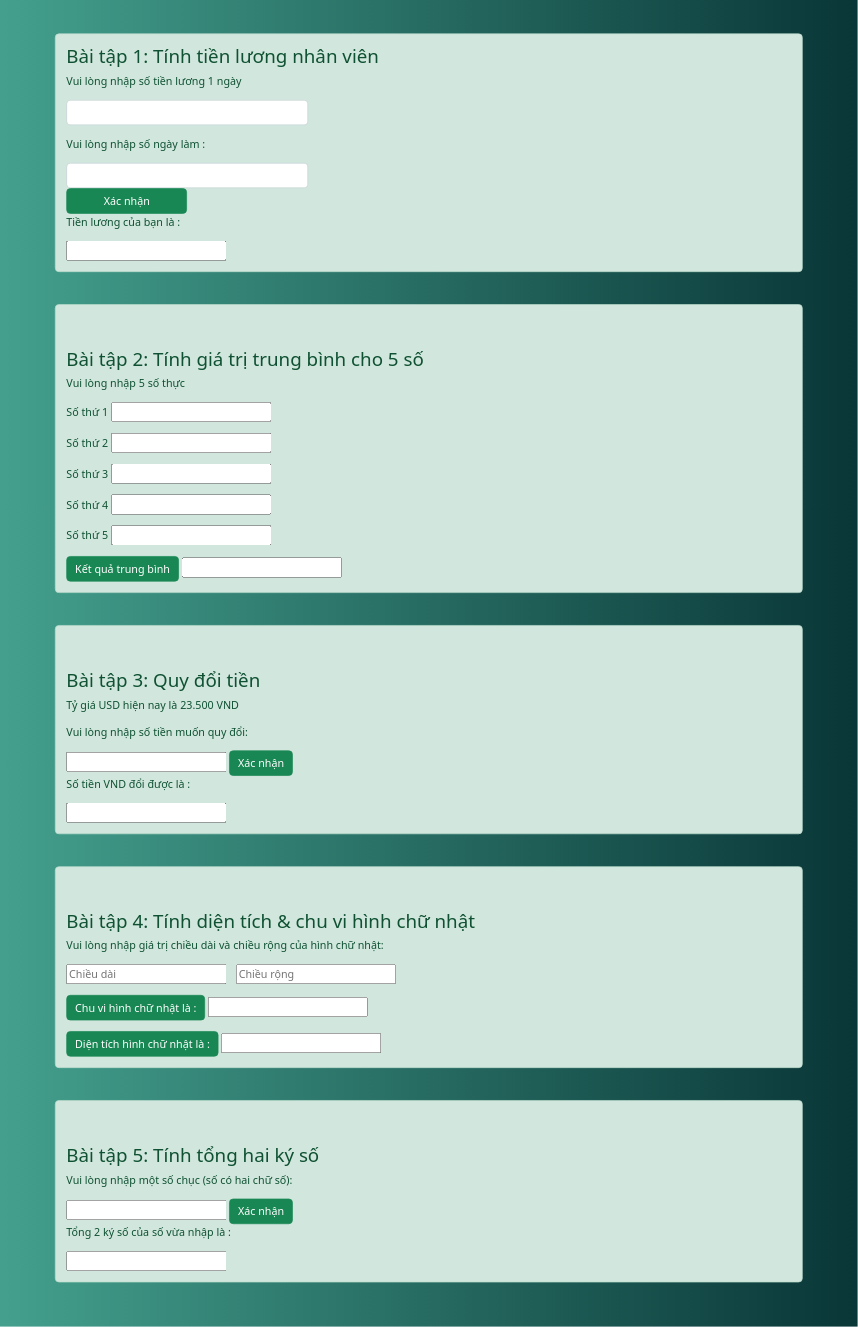
Repository: hcozyph/TranHuuPhuoc_BC43_BT_JS_Buoi2
Page: index.html
The author's editor kept a copy of each file at every save. The page is drawn from the files as they stood at one save, then again after the next save.
The browser window is 1280 px wide. The pictures show the whole page, at 67% of full size.

Above is the page before, as saved 2023-02-03 20:39:56.

### index.html
<!DOCTYPE html>
<html lang="en">
    <head>
        <title>BT JS - Buoi 1</title>
        <!-- Required meta tags -->
        <meta charset="utf-8" />
        <meta
            name="viewport"
            content="width=device-width, initial-scale=1, shrink-to-fit=no"
        />

        <!-- font-family -->
        <link
            href="//fonts.googleapis.com/css2?family=Pacifico&amp;display=swap"
            rel="stylesheet"
        />
        <link
            href="//fonts.googleapis.com/css2?family=Quicksand:wght@300;400;500;600;700&amp;display=swap"
            rel="stylesheet"
        />

        <!-- Bootstrap CSS v5.2.1 -->
        <link
            href="https://cdn.jsdelivr.net/npm/bootstrap@5.2.1/dist/css/bootstrap.min.css"
            rel="stylesheet"
            integrity="sha384-iYQeCzEYFbKjA/T2uDLTpkwGzCiq6soy8tYaI1GyVh/UjpbCx/TYkiZhlZB6+fzT"
            crossorigin="anonymous"
        />

        <!-- FontAwesome 6.2.0 CSS -->
        <link
            rel="stylesheet"
            href="https://cdnjs.cloudflare.com/ajax/libs/font-awesome/6.2.0/css/all.min.css"
            integrity="sha512-xh6O/CkQoPOWDdYTDqeRdPCVd1SpvCA9XXcUnZS2FmJNp1coAFzvtCN9BmamE+4aHK8yyUHUSCcJHgXloTyT2A=="
            crossorigin="anonymous"
            referrerpolicy="no-referrer"
        />

        <!-- index.css -->
        <link rel="stylesheet" href="./style/index.css" />
    </head>

    <body>
        <div class="btvn">
            <!-- BT1 -->
            <div class="container">
                <!-- BT-1 -->
                <div class="BT1 alert alert-success">
                    <h1 class="fs-3">Bài tập 1: Tính tiền lương nhân viên</h1>

                    <div class="col-4">
                        <p>Vui lòng nhập số tiền lương 1 ngày</p>

                        <input
                            type="text"
                            id="luongMotNgay"
                            class="form-control"
                        />
                    </div>

                    <div class="col-4 mt-3">
                        <p>Vui lòng nhập số ngày làm :</p>

                        <input
                            type="number"
                            id="soNgayLam"
                            class="form-control"
                        />
                    </div>

                    <div class="col-4">
                        <button
                            class="btn btn-success col-6"
                            id="btnXacNhan"
                            onclick="inputSoNgayLam()"
                        >
                            Xác nhận
                        </button>
                    </div>

                    <p>Tiền lương của bạn là :</p>
                    <input type="text" id="result" />
                </div>

                <!-- BT2 -->
                <div class="BT2 alert alert-success mt-5">
                    <h1 class="fs-3 mt-5">
                        Bài tập 2: Tính giá trị trung bình cho 5 số
                    </h1>
                    <p>Vui lòng nhập 5 số thực</p>

                    <p>Số thứ 1 <input type="number" id="n1" /></p>
                    <p>Số thứ 2 <input type="number" id="n2" /></p>
                    <p>Số thứ 3 <input type="number" id="n3" /></p>
                    <p>Số thứ 4 <input type="number" id="n4" /></p>
                    <p>Số thứ 5 <input type="number" id="n5" /></p>

                    <button
                        class="btn btn-success"
                        id="btnAverage"
                        onclick="average()"
                    >
                        Kết quả trung bình
                    </button>
                    <input type="text" id="average" />
                </div>

                <!-- BT3 -->
                <div class="BT3 alert alert-success mt-5">
                    <h1 class="fs-3 mt-5">Bài tập 3: Quy đổi tiền</h1>
                    <p>Tỷ giá USD hiện nay là 23.500 VND</p>
                    <p>Vui lòng nhập số tiền muốn quy đổi:</p>

                    <input type="number" id="inputUsd" />
                    <button
                        class="btn btn-success"
                        id="btnTradeMoney"
                        onclick="tradeMoney ()"
                    >
                        Xác nhận
                    </button>

                    <p>Số tiền VND đổi được là :</p>
                    <input type="text" id="tradeMoney" />
                </div>

                <!-- BT4 -->
                <div class="BT4 alert alert-success mt-5">
                    <h1 class="fs-3 mt-5">
                        Bài tập 4: Tính diện tích & chu vi hình chữ nhật
                    </h1>
                    <p>
                        Vui lòng nhập giá trị chiều dài và chiều rộng của hình
                        chữ nhật:
                    </p>

                    <input type="number" id="length" placeholder="Chiều dài" />
                    <input
                        style="margin-left: 10px"
                        type="number"
                        id="width"
                        placeholder="Chiều rộng"
                    />

                    <div class="chuVi mt-3">
                        <button class="btn btn-success" onclick="chuVi()">
                            Chu vi hình chữ nhật là :
                        </button>
                        <input type="number" id="chuVi" />
                    </div>

                    <div class="dienTich mt-3">
                        <button class="btn btn-success" onclick="dienTich()">
                            Diện tích hình chữ nhật là :
                        </button>
                        <input type="number" id="dienTich" />
                    </div>
                </div>

                <!-- BT5 -->
                <div class="BT5 alert alert-success mt-5">
                    <h1 class="fs-3 mt-5">Bài tập 5: Tính tổng hai ký số</h1>
                    <p>Vui lòng nhập một số chục (số có hai chữ số):</p>
                    <input type="number" id="inputSoChuc" />
                    <button class="btn btn-success" onclick="tong2KySo()">
                        Xác nhận
                    </button>
                    <p>Tổng 2 ký số của số vừa nhập là :</p>
                    <input type="number" id="tong2KySo" />
                </div>
            </div>
        </div>

        <!-- Bootstrap JavaScript Libraries -->
        <script
            src="https://cdn.jsdelivr.net/npm/@popperjs/core@2.11.6/dist/umd/popper.min.js"
            integrity="sha384-oBqDVmMz9ATKxIep9tiCxS/Z9fNfEXiDAYTujMAeBAsjFuCZSmKbSSUnQlmh/jp3"
            crossorigin="anonymous"
        ></script>

        <script
            src="https://cdn.jsdelivr.net/npm/bootstrap@5.2.1/dist/js/bootstrap.min.js"
            integrity="sha384-7VPbUDkoPSGFnVtYi0QogXtr74QeVeeIs99Qfg5YCF+TidwNdjvaKZX19NZ/e6oz"
            crossorigin="anonymous"
        ></script>

        <!-- js customize -->
        <script src="./index.js"></script>
    </body>
</html>

### style/index.css
.btvn {
    background: linear-gradient(to right, rgb(68, 160, 141), rgb(9, 54, 55));
    background-repeat: no-repeat;
    background-size: cover;
    margin: 0 auto;
    padding: 50px;
}

### index.js
//BT1: Tính tiền lương nhân viên
function inputSoNgayLam () {
    //input:
    var soNgayLam = document.getElementById('soNgayLam').value;
    const luongMotNgay = 100000;

    //output:
    var result = 0;

    //progress
    var result = parseInt(soNgayLam) * parseInt(luongMotNgay);

    document.getElementById('result').value = result.toLocaleString() + ' VND';
}

//BT2: Tính trung bình cộng 5 số
function average () {
    //input:
    var n1 = document.getElementById('n1').value;
    var n2 = document.getElementById('n2').value;
    var n3 = document.getElementById('n3').value;
    var n4 = document.getElementById('n4').value;
    var n5 = document.getElementById('n5').value;
    //output:
    var average = 0;
    const soLuongInput = 5;

    //progress
    var sum = parseFloat(n1) + parseFloat(n2) + parseFloat(n3) + parseFloat(n4) + parseFloat(n5);

    var average =  sum / parseFloat(soLuongInput) ;

    document.getElementById('average').value = average;
}

//BT3: Quy đổi tiền
function tradeMoney () {
    //input
    var inputUsd = document.getElementById('inputUsd').value;
    const tyGia = 23500;

    //output
    var tradeMoney = 0;

    //progress
    var tradeMoney = parseInt(inputUsd) * parseInt(tyGia);
    document.getElementById('tradeMoney').value = tradeMoney.toLocaleString() + ' VND';
}

//BT4: Tính chu vi & diện tích hình chữ nhật
function chuVi () {
    // input
    var length = document.getElementById('length').value;
    var width = document.getElementById('width').value;

    //output
    var chuVi = ( parseInt(length) + parseInt(width) ) * 2;

    //progress
    document.getElementById('chuVi').value = chuVi.toLocaleString();
}


function dienTich () {
    // input
    var length = document.getElementById('length').value;
    var width = document.getElementById('width').value;

    //output
    var dienTich = parseInt(length) * parseInt(width) ;

    //progress
    document.getElementById('dienTich').value = dienTich.toLocaleString();
}


//BT5: Tính tổng hai ký số
function tong2KySo () {
    //input
    var inputSoChuc = document.getElementById('inputSoChuc').value;
    var hangChuc = 0;
    var hangDonVi = 0;

    //output
    var tong2KySo = 0;

    //progress
    var hangChuc = Math.floor(Number(inputSoChuc)/10)
    var hangDonVi = Math.floor(Number(inputSoChuc)%10)
    var tong2KySo = parseInt(hangChuc) + parseInt(hangDonVi);

    document.getElementById('tong2KySo').value = tong2KySo;
}
/*
Link vercel:
https://tran-huu-phuoc-bc-43-bt-js-buoi1.vercel.app/
*/

After the next save:
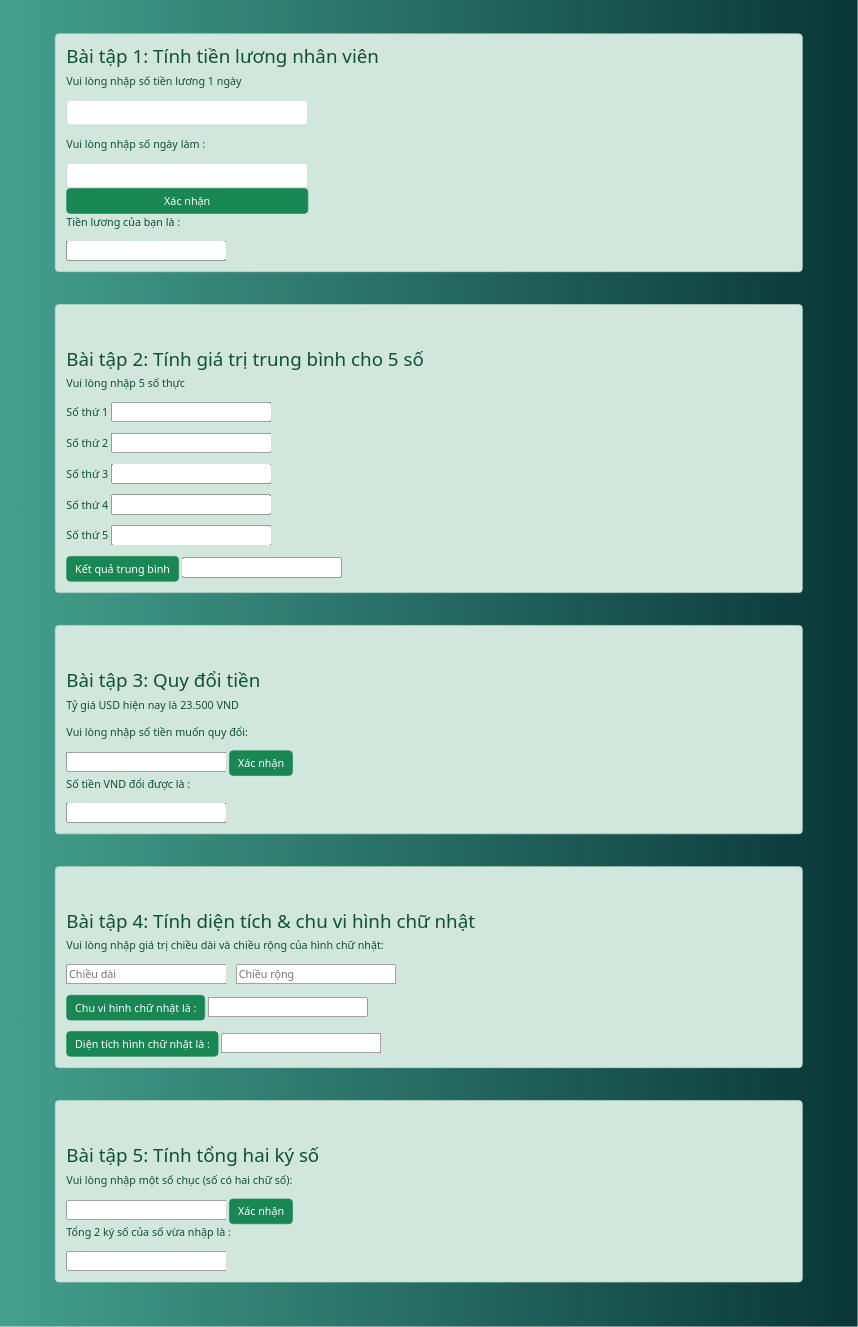
Saved 5 s later.
--- a/index.html
+++ b/index.html
@@ -70,7 +70,7 @@
 
                     <div class="col-4">
                         <button
-                            class="btn btn-success col-6"
+                            class="btn btn-success col-12"
                             id="btnXacNhan"
                             onclick="inputSoNgayLam()"
                         >
